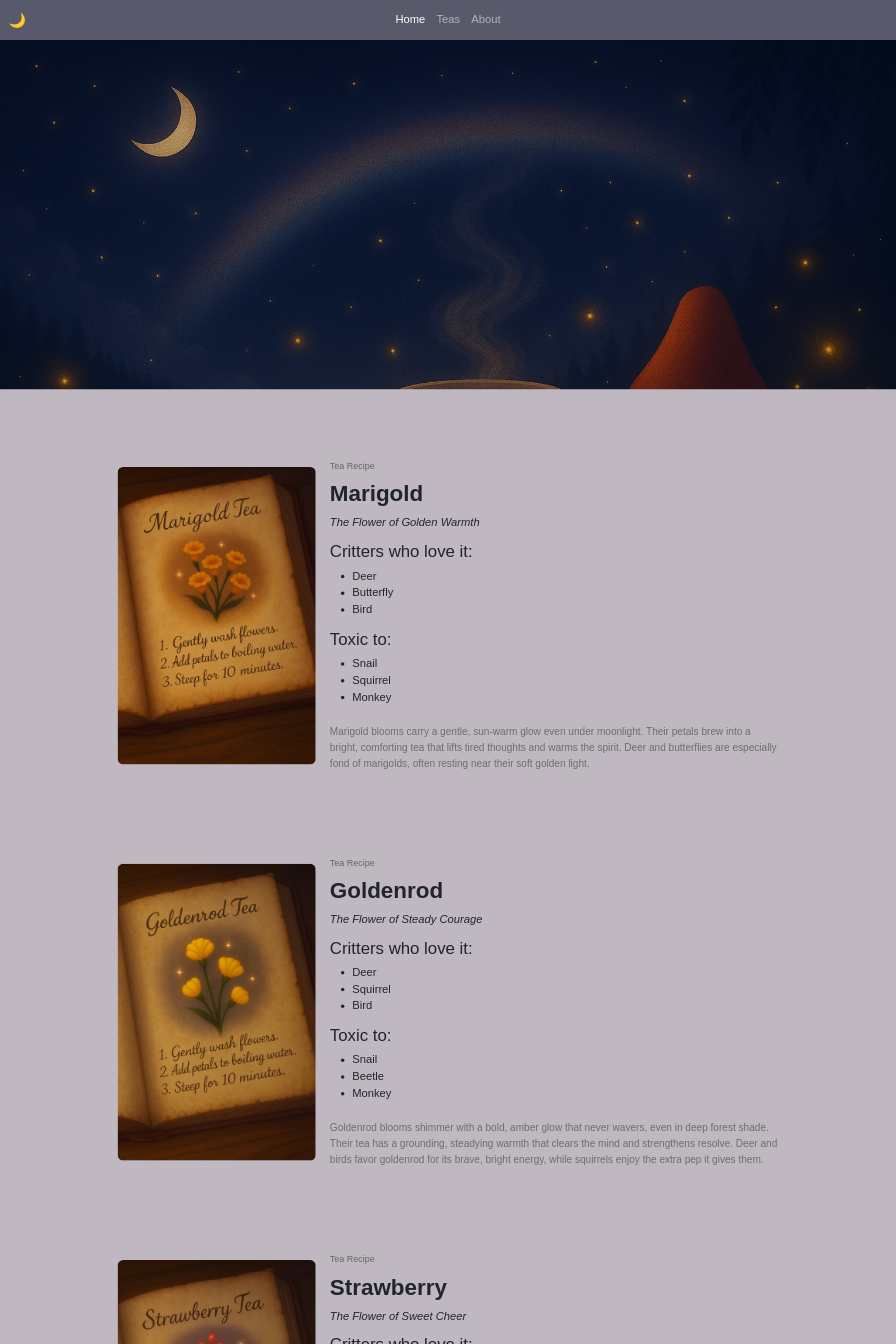
Repository: Brittany-Westlund/WebDesign
Page: FinalProject/teas.html
The author's editor kept a copy of each file at every save. The page is drawn from the files as they stood at one save, then again after the next save.
The browser window is 1280 px wide. The pictures show the part of the page from y = 0 to 1920 px (the page is 2952 px tall), at 70% of full size.
A picture or video elsewhere on the page could not be fetched, so the positions and the page height are approximate.

Above is the page before, as saved 2025-12-04 10:10:16.

After the next save:
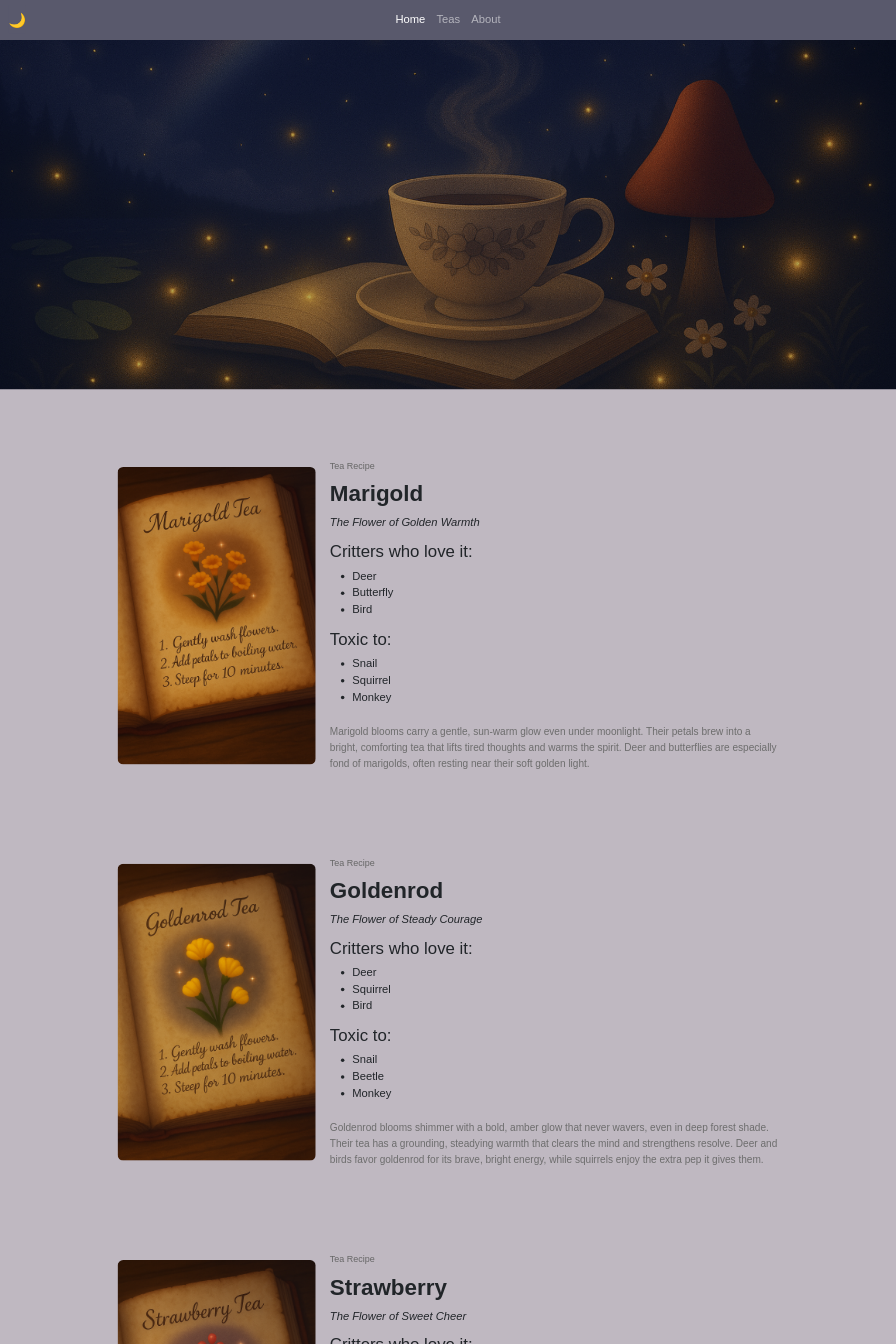
Saved 1 s later.
--- a/FinalProject/teas.html
+++ b/FinalProject/teas.html
@@ -36,7 +36,7 @@
 
   <!-- Parallax Banner -->
 <section class="parallax-banner-scroll"
-         style="background-image: url('images/TeacupBookMagical.png');">
+         style="background-image: url('images/TeacupBookMagicalShort.png');">
   <div class="parallax-banner-overlay">
     <div class="parallax-banner-content">
     </div>
